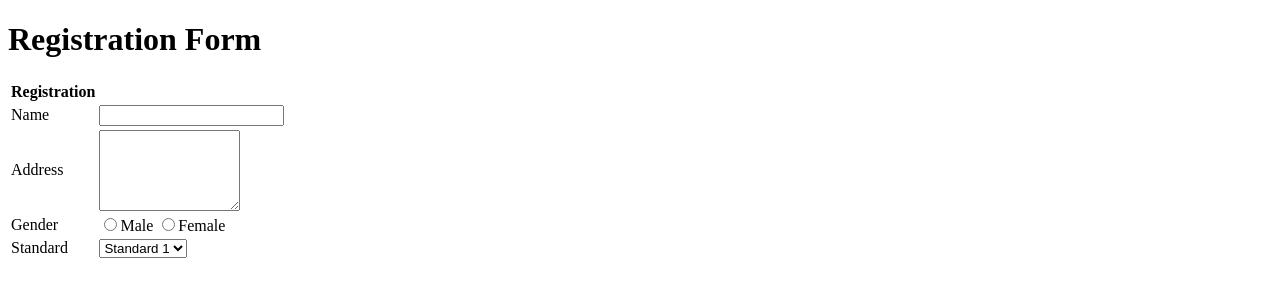
Repository: nsbgit/JavaTutorial
Page: http://localhost/2ndBatch/
The author's editor kept a copy of each file at every save. The page is drawn from the files as they stood at one save, then again after the next save.
The browser window is 1280 px wide. The pictures show the whole page.
The page is served by Tomcat 9.

Above is the page before, as saved 2013-12-17 19:42:32.

After the next save:
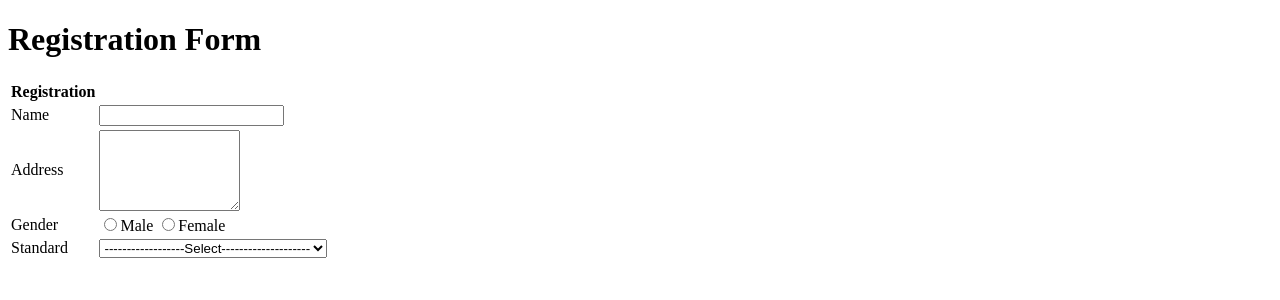
Saved 62 s later.
--- a/Webel Daily Home/J2EE Webel Tutorial Class/2ndBatch/WebContent/1st.jsp
+++ b/Webel Daily Home/J2EE Webel Tutorial Class/2ndBatch/WebContent/1st.jsp
@@ -51,6 +51,7 @@
 				<td>Standard</td>
 				<td>
 					<select>
+						<option>------------------Select--------------------</option>
 						<option>Standard 1</option>
 						<option>Standard 2</option>
 						<option>Standard 3</option>
